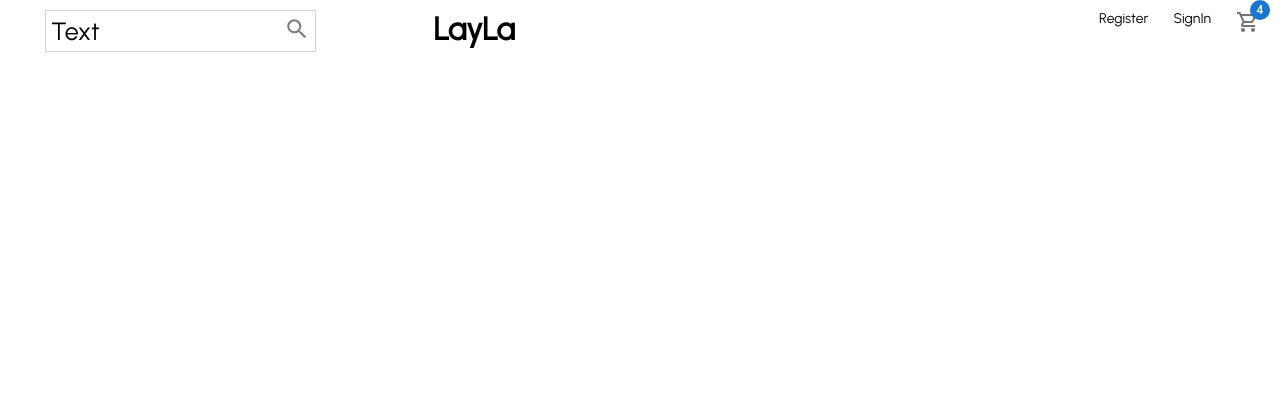
Repository: WaiMaungMaung/React_Ecom
Page: /
An editor plug-in stored every save of this project. The page is shown before and after the next save, followed by the edit.
The browser window is 1280 px wide. The pictures show the whole page.
The project was rebuilt for these pictures with package versions that can differ from the ones it lists, and the page was loaded fresh each time.

Above is the page before, as saved 2022-05-05 17:00:50.

### public/index.html
<!DOCTYPE html>
<html lang="en">
  <head>
    <meta charset="utf-8" />
    <link rel="icon" href="%PUBLIC_URL%/favicon.ico" />

    <link
      href="https://fonts.googleapis.com/css2?family=Urbanist&display=swap"
      rel="stylesheet"
    />

    <style>
      * {
        margin: 0;
        font-family: "Urbanist", sans-serif;
      }
    </style>
    <title>React App</title>
  </head>
  <body>
    <noscript>You need to enable JavaScript to run this app.</noscript>
    <div id="root"></div>
  </body>
</html>

### src/pages/Home.jsx
import React from "react";
import Announcements from "../components/Announcements";
import NavBar from "../components/NavBar";

const Home = () => {
  return (
    <div>
      <NavBar />
      <Announcements />
    </div>
  );
};

export default Home;

### src/components/Announcements.jsx
import styled from "@emotion/styled";
const Container = styled.div`
  background-color: tea;
  height: 320px;
  color: white;
`;

const Announcements = () => {
  return <Container>hi</Container>;
};

export default Announcements;

### src/components/NavBar.jsx
import { Search, ShoppingCartOutlined } from "@material-ui/icons";
import React from "react";
import styled from "styled-components";
import { Badge } from "@mui/material";
const Container = styled.div`
  height: 60px;
`;

const Wrapper = styled.div`
  padding: 10px 20px;
  align-item: center;
  display: flex;
  justify-content: space-between;
`;

const SearchContainer = styled.div`
  border: 0.5px solid lightgray;
  margin-left: 25px;
  display: flex;
  align-item: center;
  padding: 5px;
`;
const Input = styled.input`
  border: none;
  margin-left: 20px;
  font-size: 14px;
`;

const Language = styled.span`
  font-size: 25px;
  cursor: pointer;
`;
const Left = styled.div`
  flex: 1;
  display: flex;
`;

const Center = styled.div`
  flex: 1;
`;

const Logo = styled.h1`
  font-weight: bold;
`;

const MenuItem = styled.div`
  font-size: 14px;
  cursor: pointer;
  align-item: center;
  margin-left: 25px;
`;
const Right = styled.div`
  flex: 1;
  display: flex;
  align-item: center;
  justify-content: flex-end;
`;
const NavBar = () => {
  return (
    <Container>
      <Wrapper>
        <Left>
          <SearchContainer>
            <Language>Text</Language>
            <Input />
            <Search style={{ color: "grey", fontSize: "26px" }} />
          </SearchContainer>
        </Left>
        <Center>
          <Logo>LayLa</Logo>
        </Center>
        <Right>
          <MenuItem>Register</MenuItem>
          <MenuItem>SignIn</MenuItem>

          <MenuItem>
            <Badge badgeContent={4} color="primary">
              <ShoppingCartOutlined color="action" />
            </Badge>
          </MenuItem>
        </Right>
      </Wrapper>
    </Container>
  );
};

export default NavBar;

Loaded but not shown: src/index.js (common file); src/App.js (common file)

After the next save:
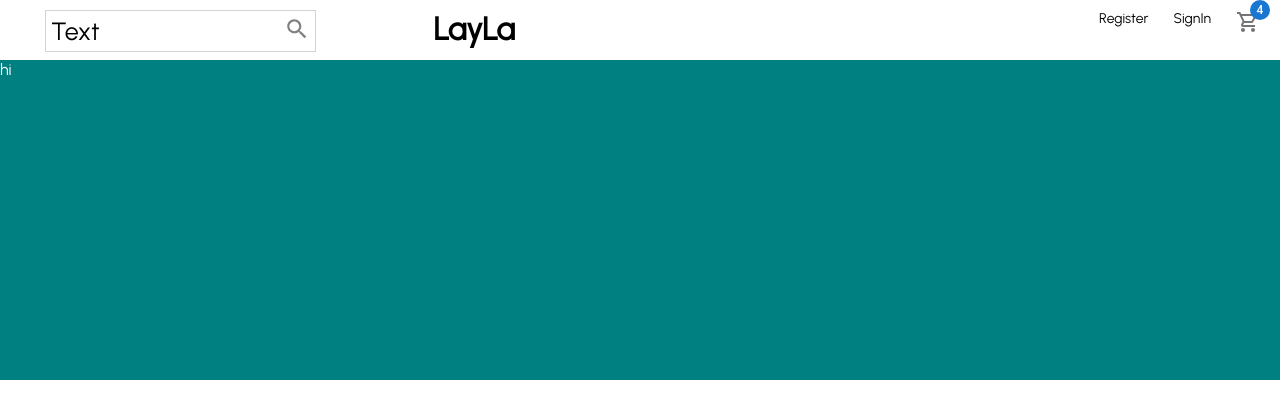
Saved 11 s later.
--- a/src/components/Announcements.jsx
+++ b/src/components/Announcements.jsx
@@ -1,6 +1,6 @@
 import styled from "@emotion/styled";
 const Container = styled.div`
-  background-color: tea;
+  background-color: teal;
   height: 320px;
   color: white;
 `;
